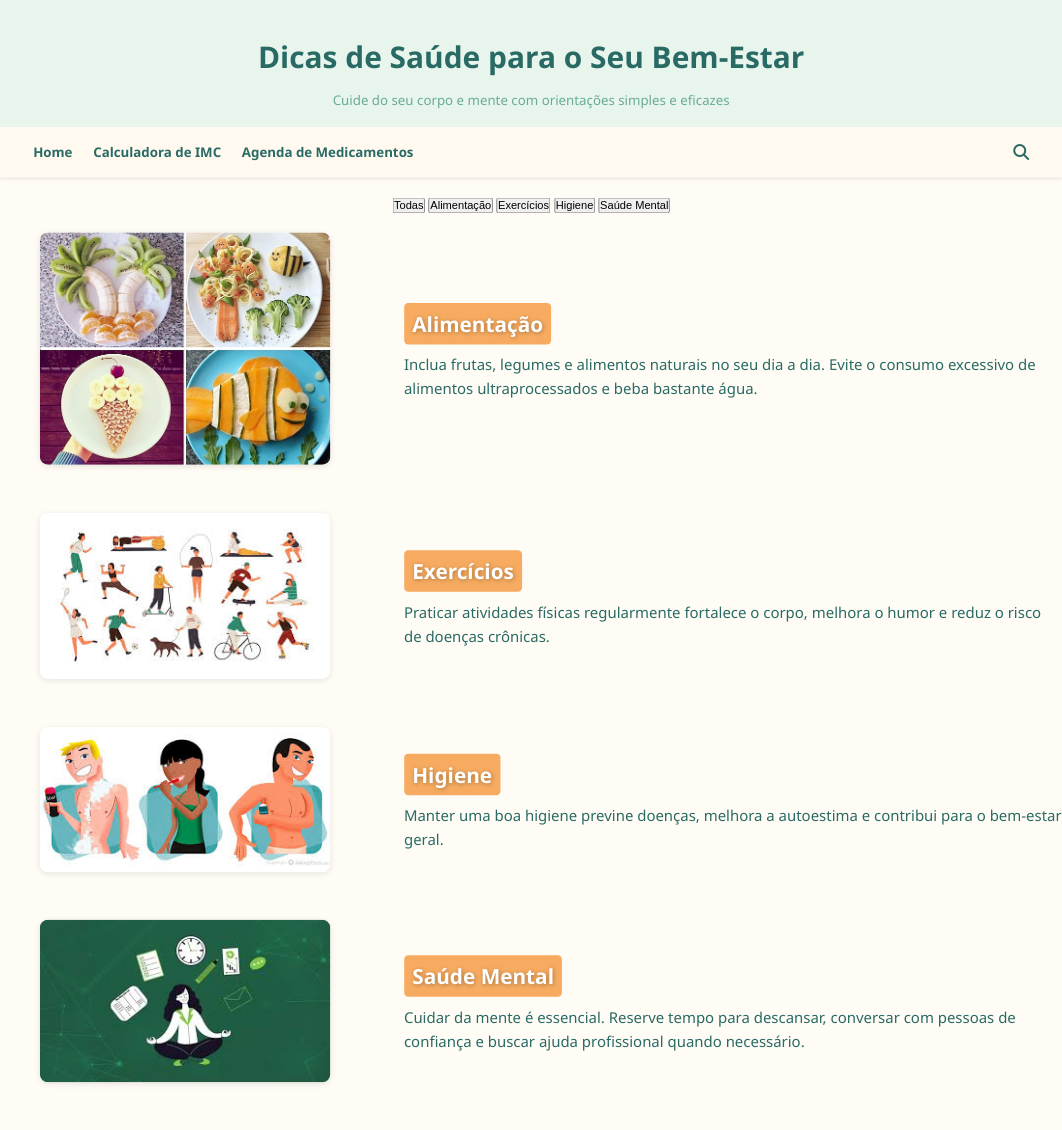
Repository: Cristiane-Sartori14/dicasSaude
Page: index.html
An editor plug-in stored every save of this project. The page is shown before and after the next save, followed by the edit.
The browser window is 1280 px wide. The pictures show the whole page, at 83% of full size.

Above is the page before, as saved 2025-05-21 18:47:41.

After the next save:
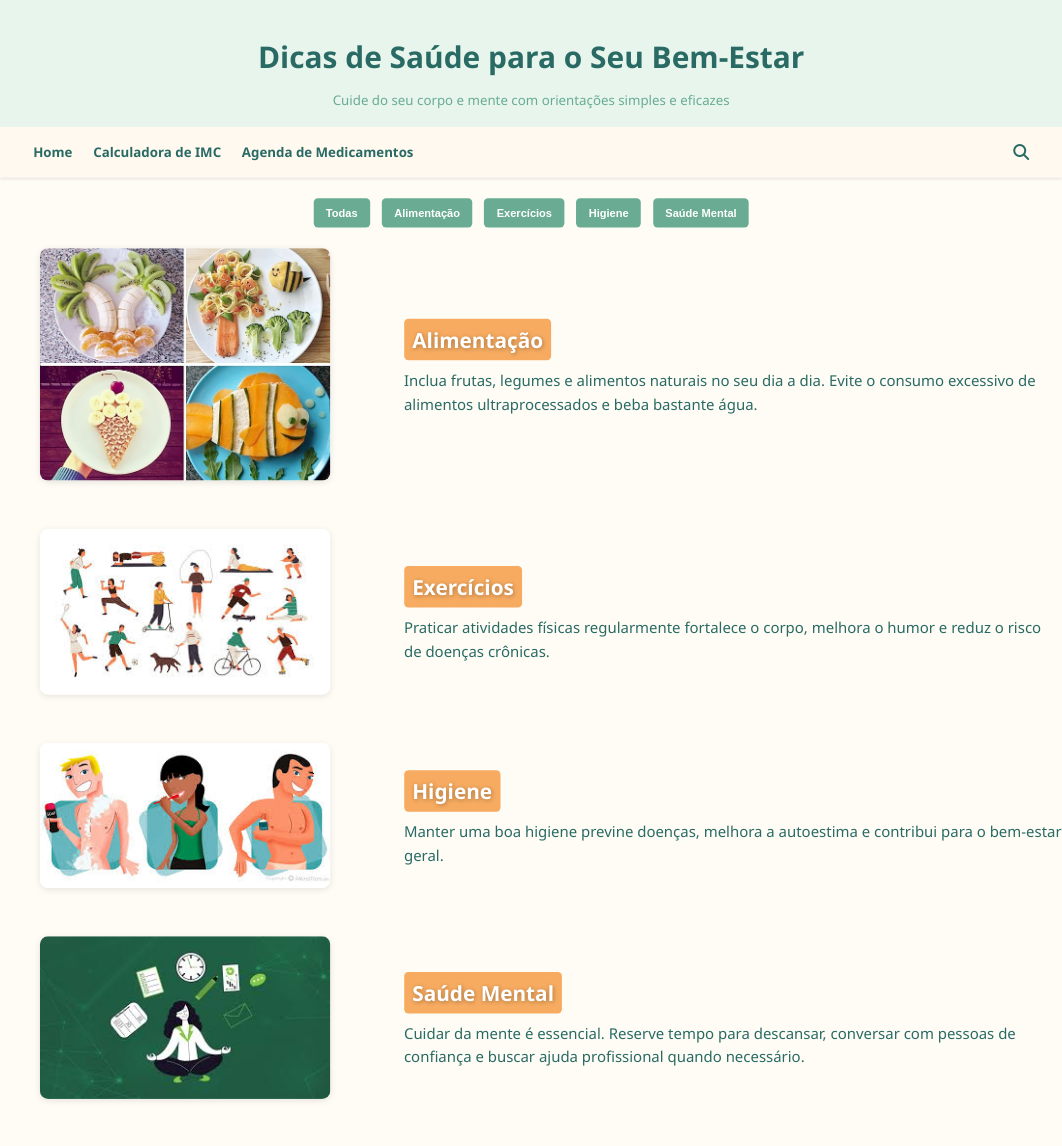
Saved 21 s later.
--- a/style.css
+++ b/style.css
@@ -95,6 +95,17 @@ body {
   margin: 20px 0;
 }
 
+.filtro-categorias button {
+  margin: 5px;
+  padding: 10px 15px;
+  background-color: #69AC93; /* verde médio */
+  color: white;
+  border: none;
+  border-radius: 5px;
+  cursor: pointer;
+  font-weight: bold;
+}
+
 .health-container {
     max-width: 1200px;
     margin: 0 auto;
